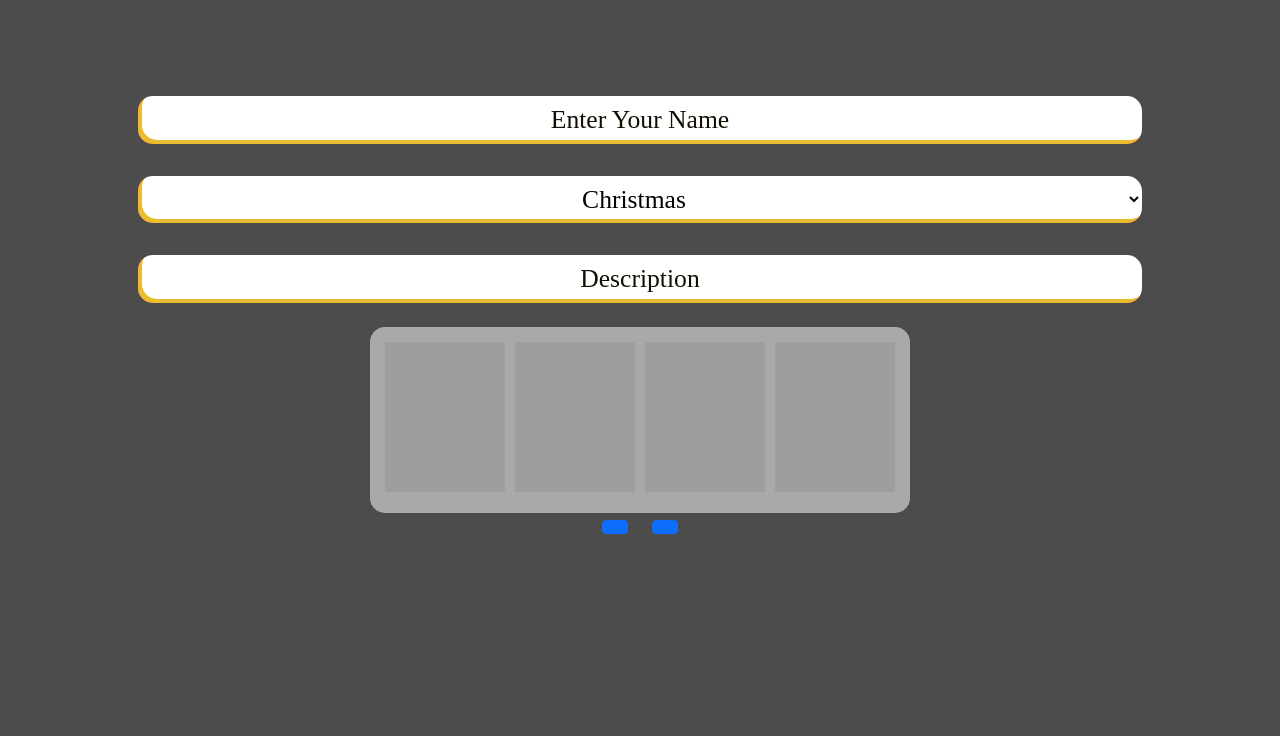
Repository: Haneef-Shaik/Greetings
Page: /
These files come from the project's save history. The page is drawn as it stood at one moment and after the next save; the edit follows.
The browser window is 1280 px wide. The pictures show the whole page.
Pictures or frames that could not be fetched are drawn as grey boxes. The project was rebuilt for these pictures with package versions that can differ from the ones it lists, and the page was loaded fresh each time. The framework's server and built-in components were replaced by stand-ins that run in the browser. Also part of the build but not shown: next.config.js, styles/card.module.scss, components/card.js, styles/socialShare.module.scss, components/socialShare.js.

Above is the page before, as saved 2021-12-01 21:05:31.

After the next save:
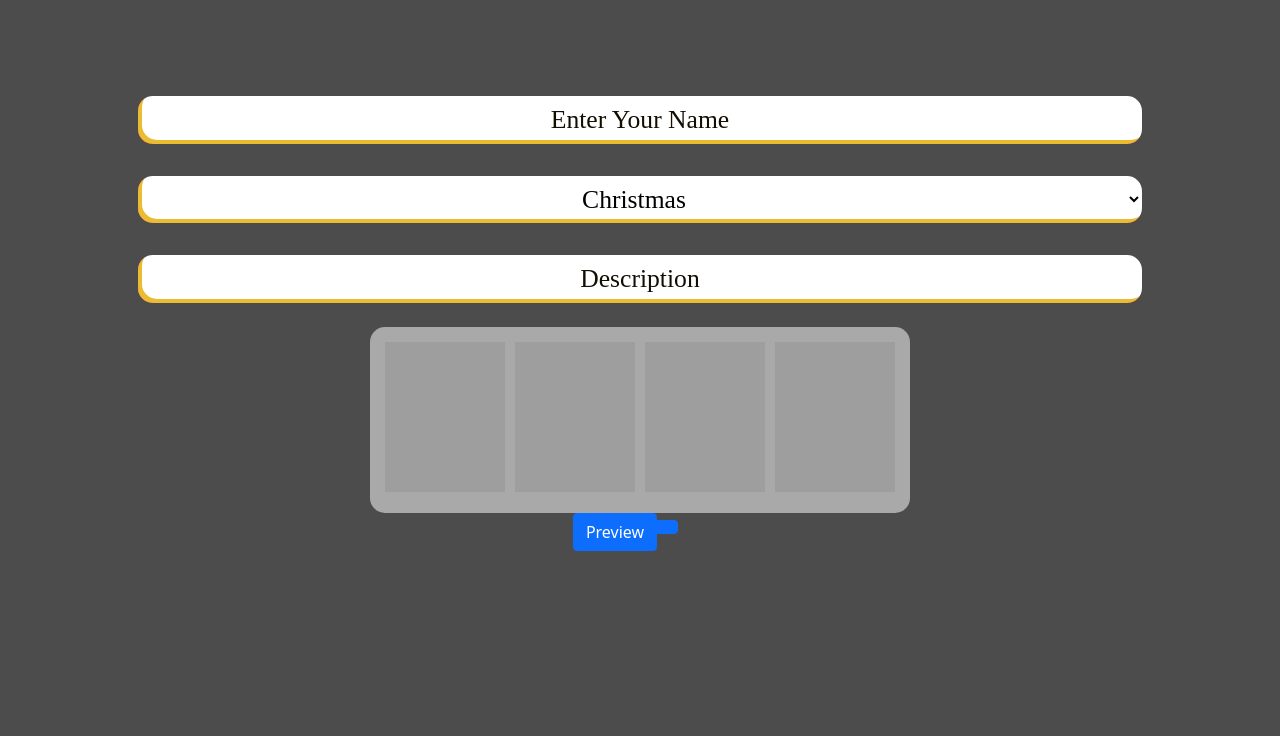
Saved 10 s later.
--- a/components/form.js
+++ b/components/form.js
@@ -65,7 +65,7 @@ function Edit() {
 
                                 <div className="footerBanner">
                                     <div className="row">
-                                        <div className="col-6"><button className="btn btn-primary"></button></div>
+                                        <div className="col-6"><button className="btn btn-primary">Preview</button></div>
                                         <div className="col-6"><button className="btn btn-primary"></button></div>
                                     </div>
                                 </div>
